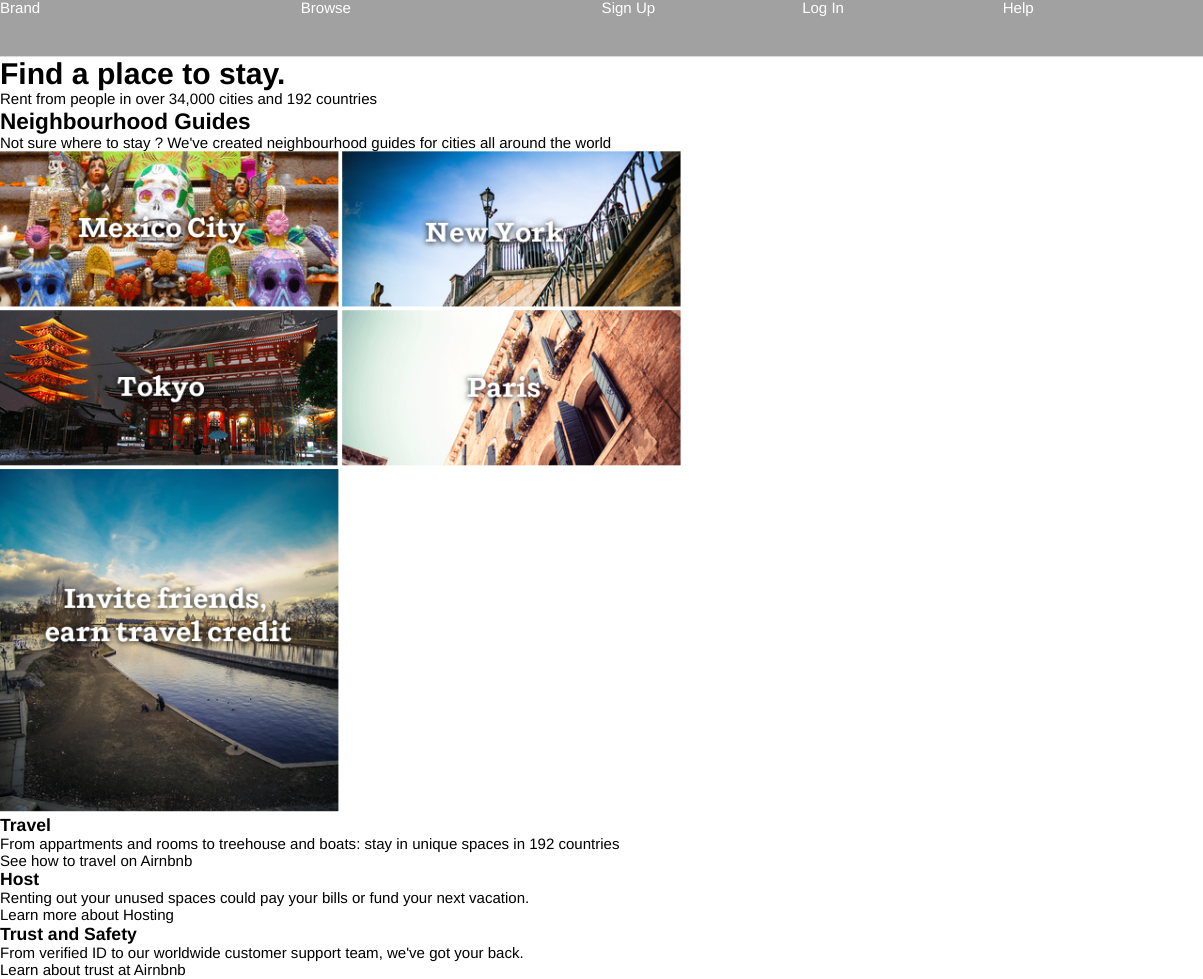
Repository: Naohonproject/web101x02-asm3
Page: Project3.html
These files come from the project's save history. The page is drawn as it stood at one moment and after the next save; the edit follows.
The browser window is 1280 px wide. The pictures show the whole page, at 94% of full size.

Above is the page before, as saved 2022-01-21 23:37:52.

After the next save:
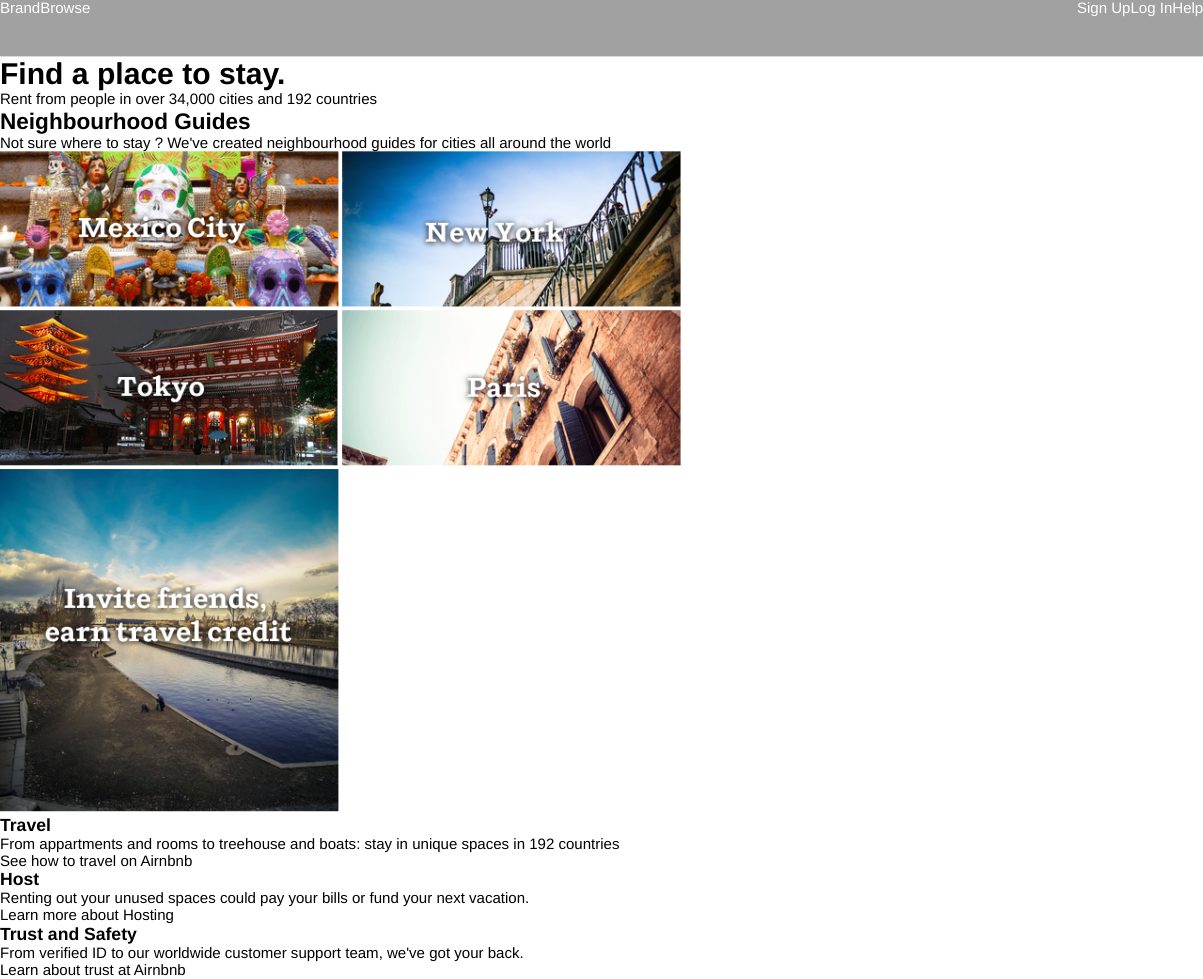
Saved 35 s later.
--- a/assets/css/layout.css
+++ b/assets/css/layout.css
@@ -31,7 +31,4 @@
 }
 
 .nav-item {
-	flex-basis: 200px;
-	flex-grow: 1;
-	flex-shrink: 1;
 }
